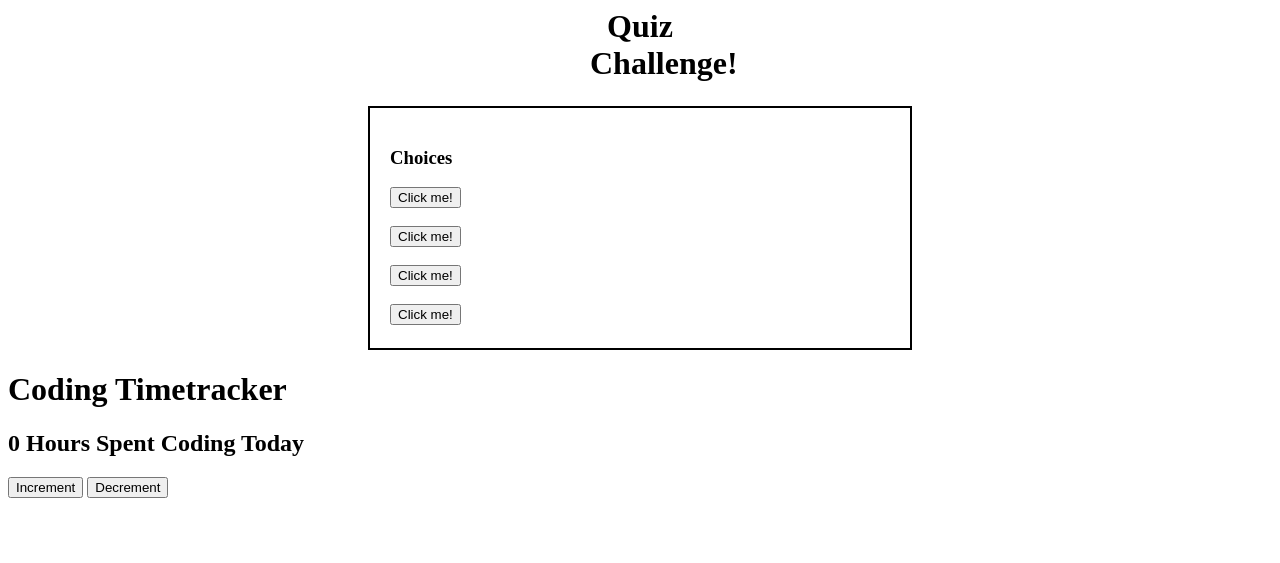
Repository: s88leigh/Quiz-Challenge
Page: index.html
The author's editor kept a copy of each file at every save. The page is drawn from the files as they stood at one save, then again after the next save.
The browser window is 1280 px wide. The pictures show the whole page.

Above is the page before, as saved 2019-10-18 10:10:43.
Console error: ReferenceError: questionText is not defined

After the next save:
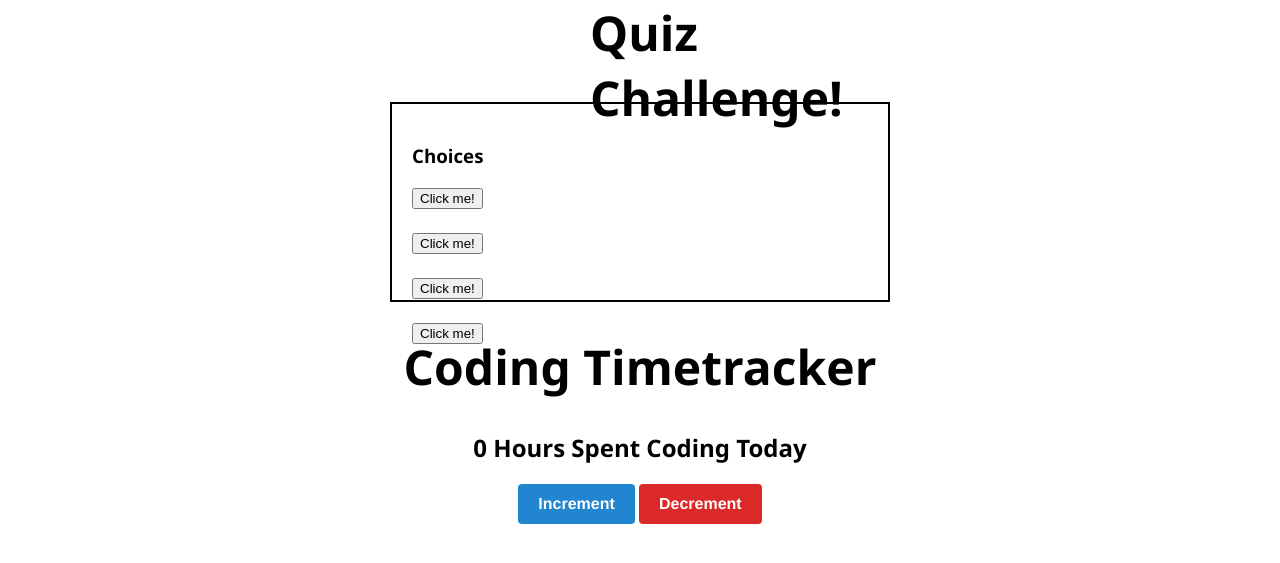
Saved 6 min 15 s later.
--- a/style.css
+++ b/style.css
@@ -13,3 +13,56 @@
     margin: auto;
     border: 2px solid black;
 }
+*, *::before, *::after {
+    box-sizing: border-box;
+  }
+
+  html {
+    font-size: 16px;
+    font-family: 'Segoe UI', Tahoma, Geneva, Verdana, sans-serif;
+  }
+
+  body {
+    margin: 0;
+    padding: 0;
+    font-weight: normal;
+  }
+
+  .wrapper {
+    width: 800px;
+    margin: 0 auto;
+    text-align: center;
+  }
+
+  h1 {
+    font-size: 3em;
+  }
+
+  #add, #subtract {
+    border-radius: 4px;
+    border-style: none;
+    box-shadow: rgba(34,36,38,.15) 0 0 0 0 inset;
+    color: #fff;
+    cursor: pointer;
+    font-family: "Helvetica Neue",Arial,Helvetica,sans-serif;
+    font-size: 1em;
+    font-weight: 700;
+    line-height: 0;
+    padding: 20px;
+  }
+
+  #add {
+    background-color: #2185d0;
+  }
+
+  #add:hover {
+    background-color: #1678c2;
+  }
+
+  #subtract {
+    background-color: #db2828;
+  }
+
+  #subtract:hover {
+    background-color: #CF1919;
+  }
